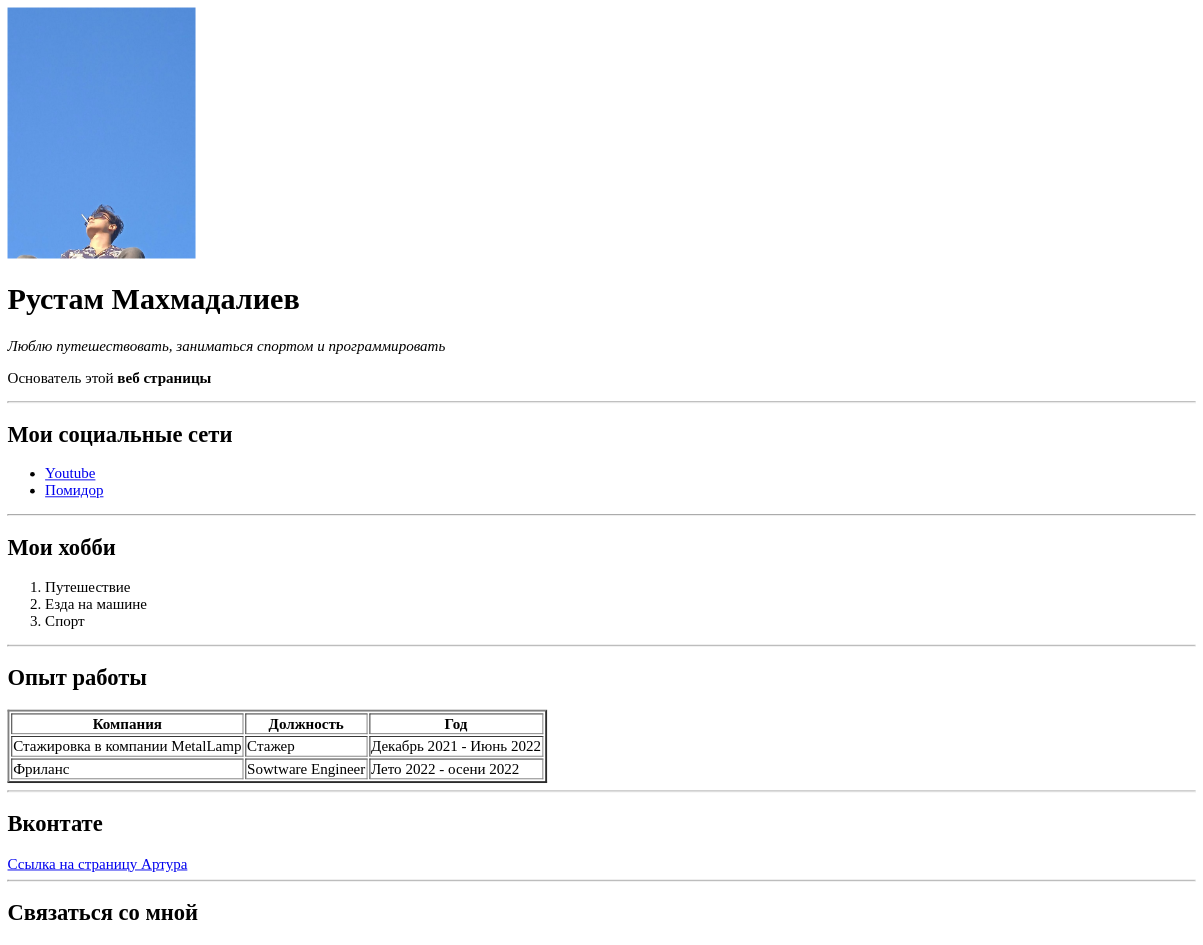
Repository: RustamMakh/html
Page: index.html
These files come from the project's save history. The page is drawn as it stood at one moment and after the next save; the edit follows.
The browser window is 1280 px wide. The pictures show the whole page, at 94% of full size.

Above is the page before, as saved 2022-06-08 18:26:42.

### index.html
<!DOCTYPE html>
<html lang="ru">
<head>
    <meta charset="UTF-8">
    <meta http-equiv="X-UA-Compatible" content="IE=edge">
    <meta name="viewport" content="width=device-width, initial-scale=1.0">
    <title>Rustam resume</title>
</head>

  <img src="avatar.jpg" alt="Тут моя фотка" width="200">
  <h1>Рустам Махмадалиев</h1>
  <p><em>Люблю путешествовать, заниматься спортом и программировать</em></p>
  <p>Основатель этой <strong>веб страницы</strong></p>
  <hr>

  <h2>Мои социальные сети</h2>
  <ul>
      <li> <a href="https://www.youtube.com/watch?v=DOEtVdkKwcU" target="_blank">Youtube </a></li>
      <li> <a href="https://bakunin.com/pomidor/" target="_blank">Помидор </a></li>
    </ul>
    <hr>

  <h2>Мои хобби</h2>
  <ol>
      <li>Путешествие</li>
      <li>Езда на машине</li>
      <li>Спорт</li>
  </ol>
  <hr>

  <h2>Опыт работы</h2>
  <table border="2">
    <tr>
      <th>Компания</th>
      <th>Должность</th>
      <th>Год</th>
    </tr>
    <tr>
      <td>Стажировка в компании MetalLamp</td>
      <td>Стажер</td>
      <td>Декабрь 2021 - Июнь 2022</td>
    </tr>
    <tr>
      <td>Фриланс</td>
      <td>Sowtware Engineer</td>
      <td>Лето 2022 - осени 2022</td>
    </tr>
  </table>
  <hr>
  <label for="name"
  <input type="text" id="name" placeholder="Введите ваше имя">
  <h2>Вконтате</h3>
  <a href="Вконтакте.html">Ссылка на страницу Артура</a>
  <hr>

  <h2>Связаться со мной</h2>
  <form action="/"
  <label for="name"
  <input type="text" id="name" placeholder="Введите ваше имя">
</body>
</html>

After the next save:
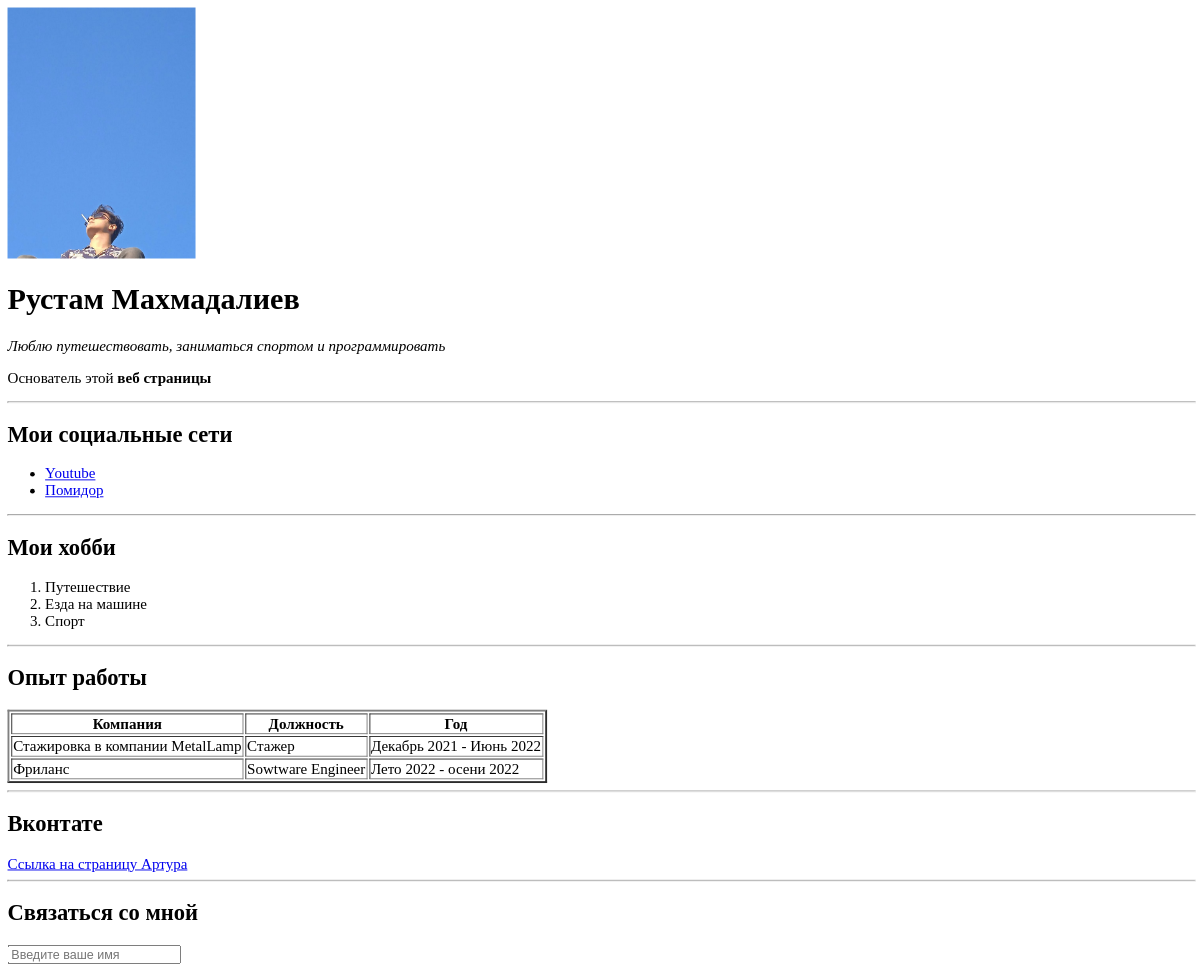
Saved 55 s later.
--- a/index.html
+++ b/index.html
@@ -47,15 +47,14 @@
     </tr>
   </table>
   <hr>
-  <label for="name"
-  <input type="text" id="name" placeholder="Введите ваше имя">
+
   <h2>Вконтате</h3>
   <a href="Вконтакте.html">Ссылка на страницу Артура</a>
   <hr>
 
   <h2>Связаться со мной</h2>
   <form action="/"
-  <label for="name"
+  <label for="name">
   <input type="text" id="name" placeholder="Введите ваше имя">
 </body>
 </html>
